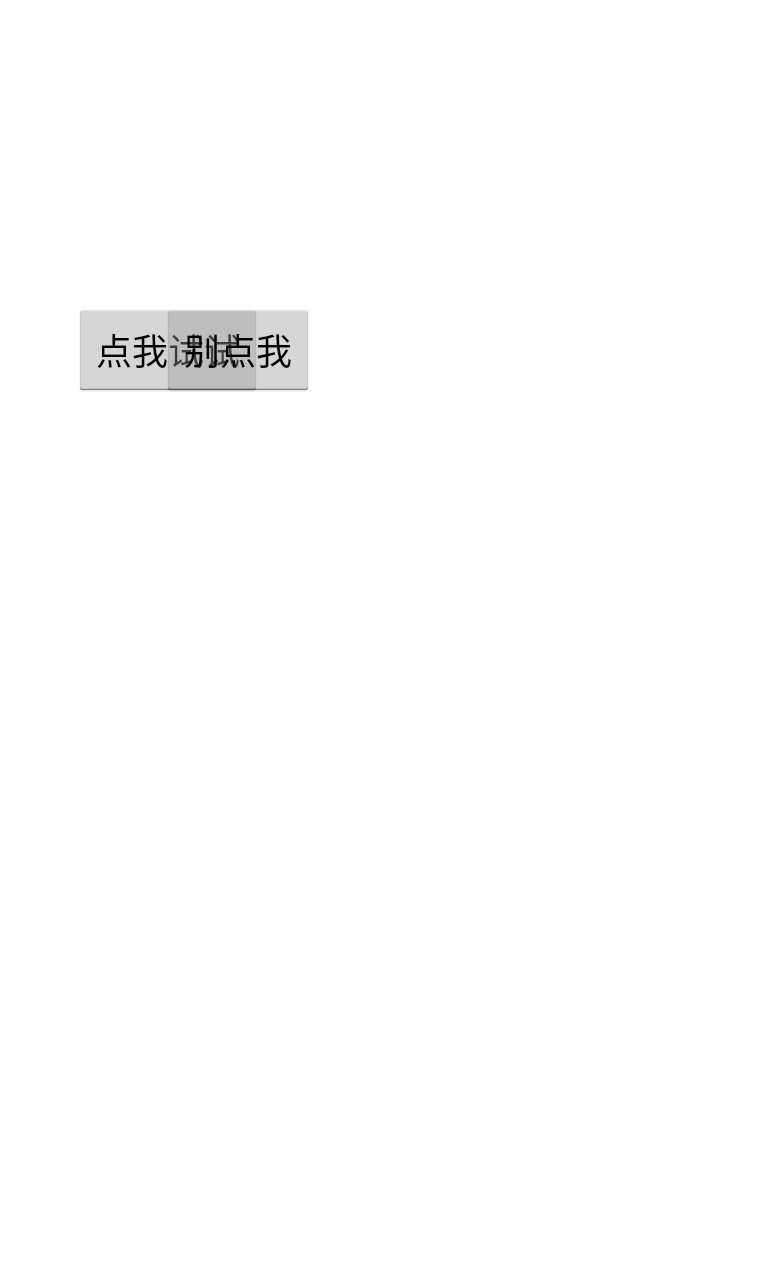
Repository: 17390089054/android
Layout: ProgressDialog/res/layout/activity_main.xml
These files come from the project's save history. The layout is drawn as it stood at one moment and after the next save; the edit follows.
It is drawn on a 768 x 1280 px phone screen (xhdpi) without system bars, with theme AppTheme; the app's code is not run.

Above is the layout before, as saved 2018-04-28 13:13:04.

### ProgressDialog/res/layout/activity_main.xml
<RelativeLayout xmlns:android="http://schemas.android.com/apk/res/android"
    xmlns:tools="http://schemas.android.com/tools"
    android:layout_width="match_parent"
    android:layout_height="match_parent"
    android:paddingBottom="@dimen/activity_vertical_margin"
    android:paddingLeft="@dimen/activity_horizontal_margin"
    android:paddingRight="@dimen/activity_horizontal_margin"
    android:paddingTop="@dimen/activity_vertical_margin"
    tools:context=".MainActivity" >

    <Button
        android:id="@+id/btn"
        android:layout_width="wrap_content"
        android:layout_height="wrap_content"
        android:layout_alignParentLeft="true"
        android:layout_alignParentTop="true"
        android:layout_marginLeft="20dp"
        android:layout_marginTop="135dp"
        android:text="点我试试" />

    <Button
        android:id="@+id/btn2"
        android:layout_width="wrap_content"
        android:layout_height="wrap_content"
        android:layout_alignBaseline="@+id/btn"
        android:layout_alignBottom="@+id/button1"
        android:layout_marginLeft="64dp"
        android:layout_toRightOf="@+id/button1"
        android:text="别点我" />

</RelativeLayout>

Loaded but not shown: ProgressDialog/res/values/styles.xml (common file); ProgressDialog/res/values-v11/styles.xml (common file); ProgressDialog/res/values-v14/styles.xml (common file); ProgressDialog/res/values/dimens.xml (common file)

After the next save:
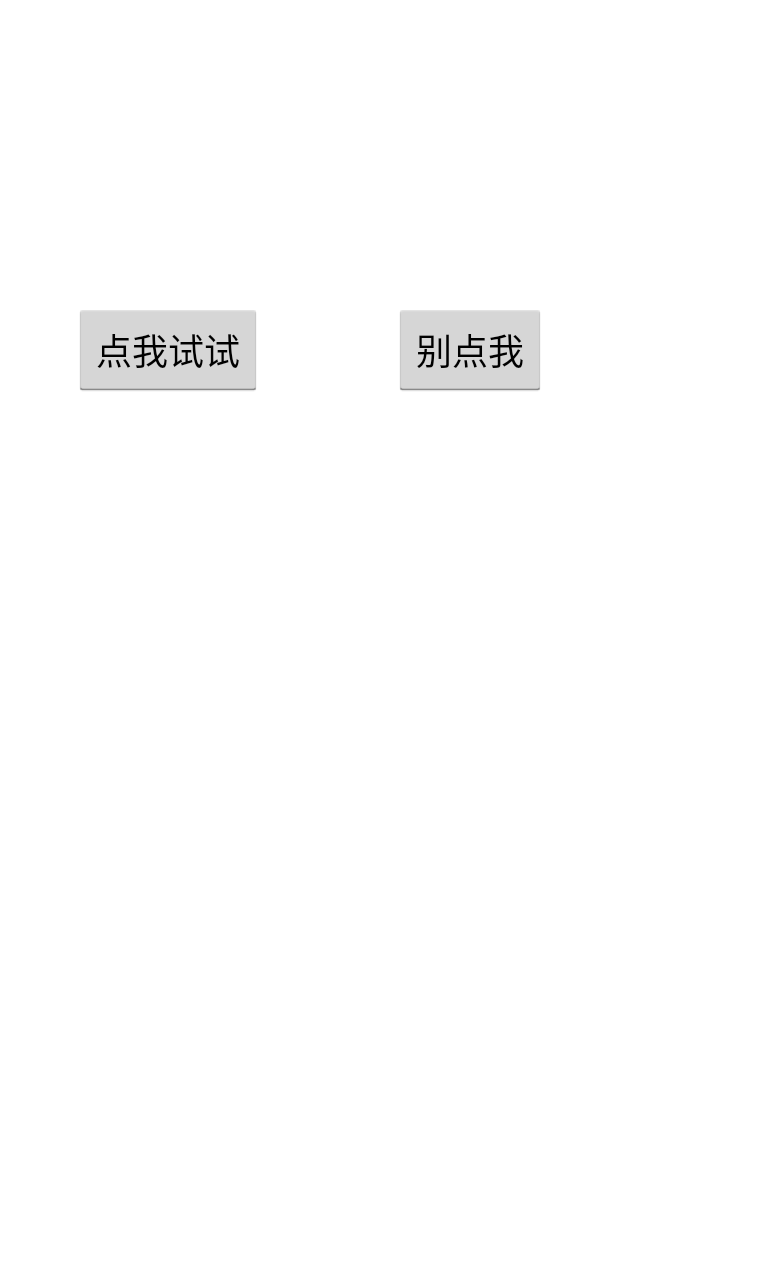
Saved 7 s later.
--- a/ProgressDialog/res/layout/activity_main.xml
+++ b/ProgressDialog/res/layout/activity_main.xml
@@ -23,9 +23,9 @@
         android:layout_width="wrap_content"
         android:layout_height="wrap_content"
         android:layout_alignBaseline="@+id/btn"
-        android:layout_alignBottom="@+id/button1"
+        android:layout_alignBottom="@+id/btn"
         android:layout_marginLeft="64dp"
-        android:layout_toRightOf="@+id/button1"
+        android:layout_toRightOf="@+id/btn"
         android:text="别点我" />
 
 </RelativeLayout>
